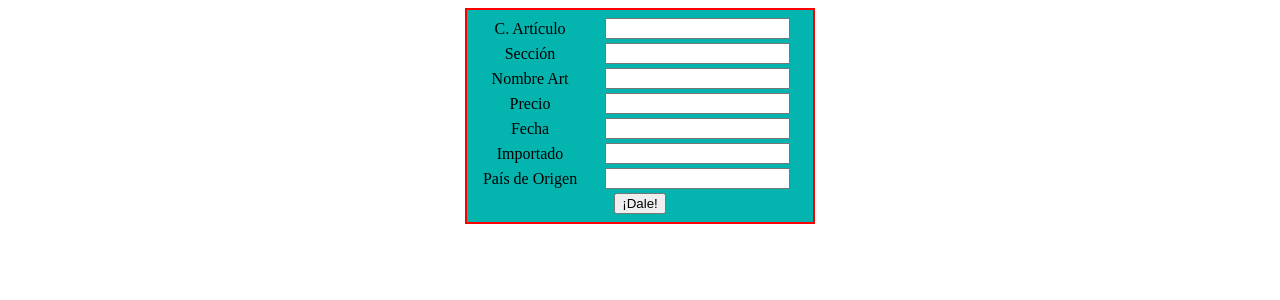
Repository: dasafo/PHP_MySQL_curso
Page: http://localhost/FormularioEliminarPDO_36_I.php
The author's editor kept a copy of each file at every save. The page is drawn from the files as they stood at one save, then again after the next save.
The browser window is 1280 px wide. The pictures show the whole page.
The page is run by PHP 8.4 with error messages shown; the project is at /var/www/html/.

Above is the page before, as saved 2018-11-09 09:44:51.

After the next save:
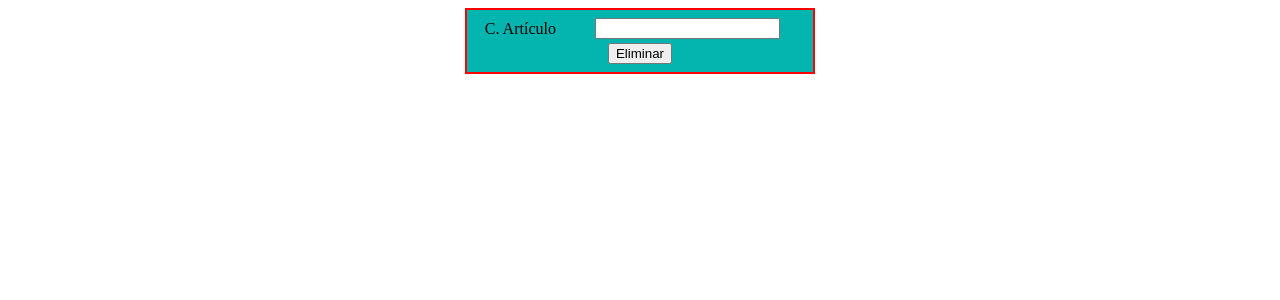
Saved 3 min 48 s later.
--- a/PDO/FormularioEliminarPDO_36_I.php
+++ b/PDO/FormularioEliminarPDO_36_I.php
@@ -29,33 +29,12 @@
 
     <body>
 
-        <form action="PaginaInsertarPDO_35_II.php" method="post">
+        <form action="PaginaEliminarPDO_36_II.php" method="post">
         <table><tr>
           <td>
             C. Artículo</td><td><input type="text" name="c_art" id="c_art"></td></tr>
-           <tr>
-             <td> Sección </td><td><input type="text" name="seccion" id="seccion"></td></tr>
-           <tr>
-             <td>Nombre Art</td>
-             <td><input type="text" name="n_art" id="n_art"></td>
-           </tr>
-           <tr>
-             <td>Precio</td>
-             <td><input type="text" name="precio" id="precio"></td>
-           </tr>
-           <tr>
-             <td>Fecha </td>
-             <td><input type="text" name="fecha" id="fecha"></td>
-           </tr>
-           <tr>
-             <td>Importado</td>
-             <td><input type="text" name="importado" id="importado"></td>
-           </tr>
-           <tr>
-             <td>País de Origen</td>
-             <td><input type="text" name="p_orig" id="p_orig"></td>
-           </tr>
-           <tr><td colspan="2"> <input type="submit" name="enviando" value="¡Dale!">
+
+           <tr><td colspan="2"> <input type="submit" name="enviando" value="Eliminar">
         </td></tr></table>
         </form>
 
